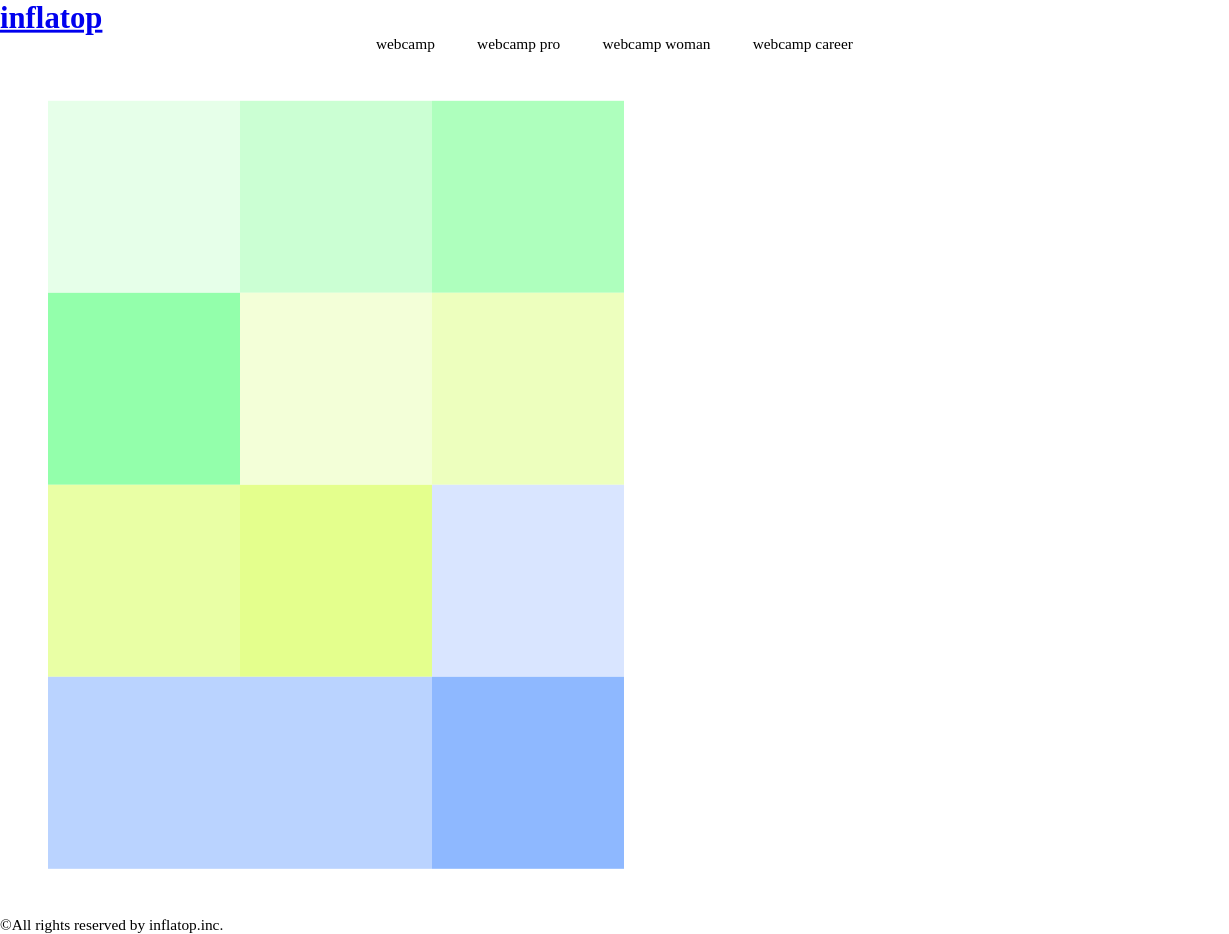
Repository: sunny0105yoko/bookers2-debug
Page: excise5/index.html
The author's editor kept a record of every edit. The page is drawn from the files as they stood at one moment, then again after the next edit.
The browser window is 1280 px wide. The pictures show the whole page, at 96% of full size.

Above is the page before.

After the next edit:
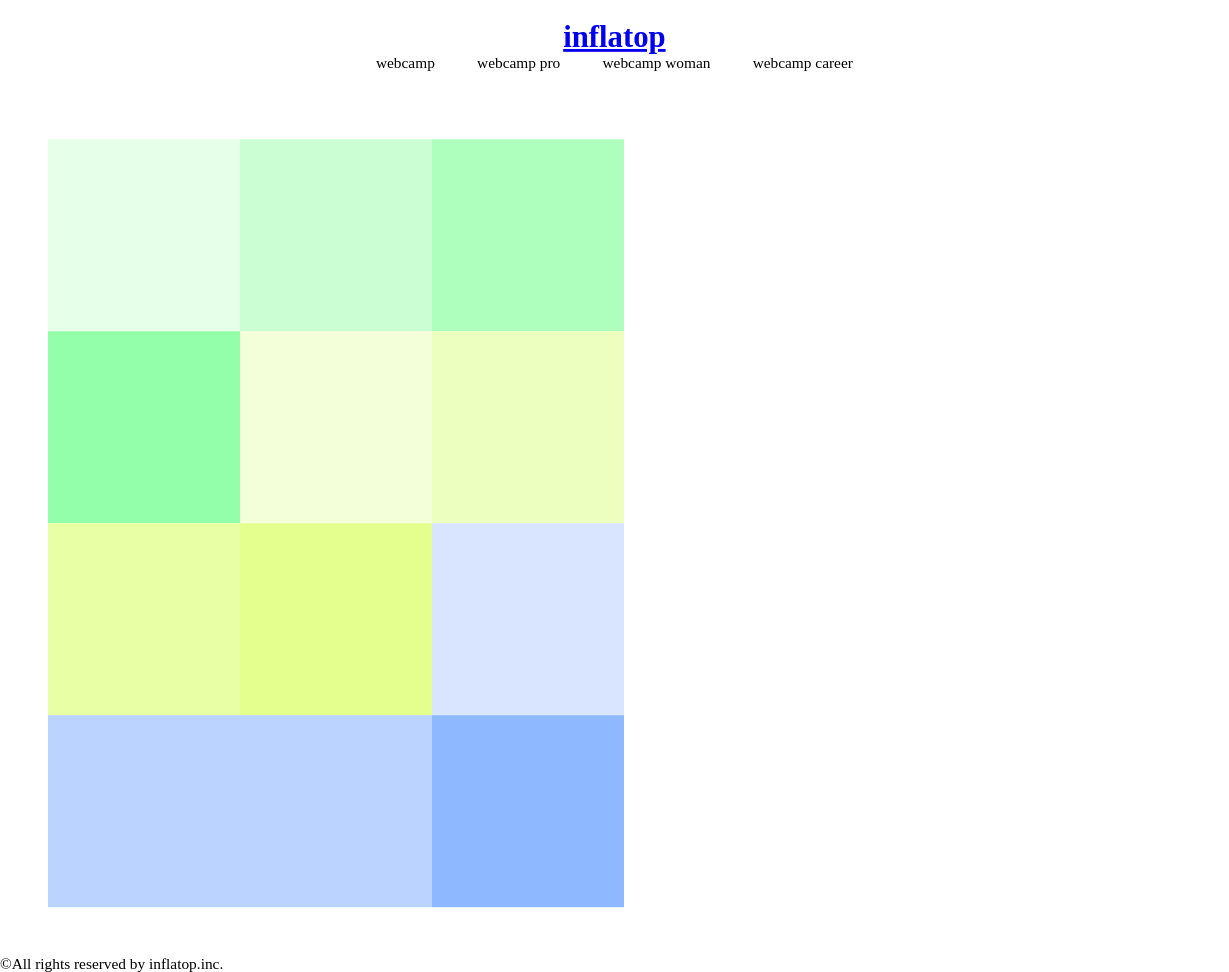
The edit:
--- a/excise5/style.css
+++ b/excise5/style.css
@@ -4,7 +4,7 @@
   box-sizing:border-box;
 }
 
-headder{
+header{
   width: 100%;
   padding-top: 20px;
   padding-bottom: 20px;
